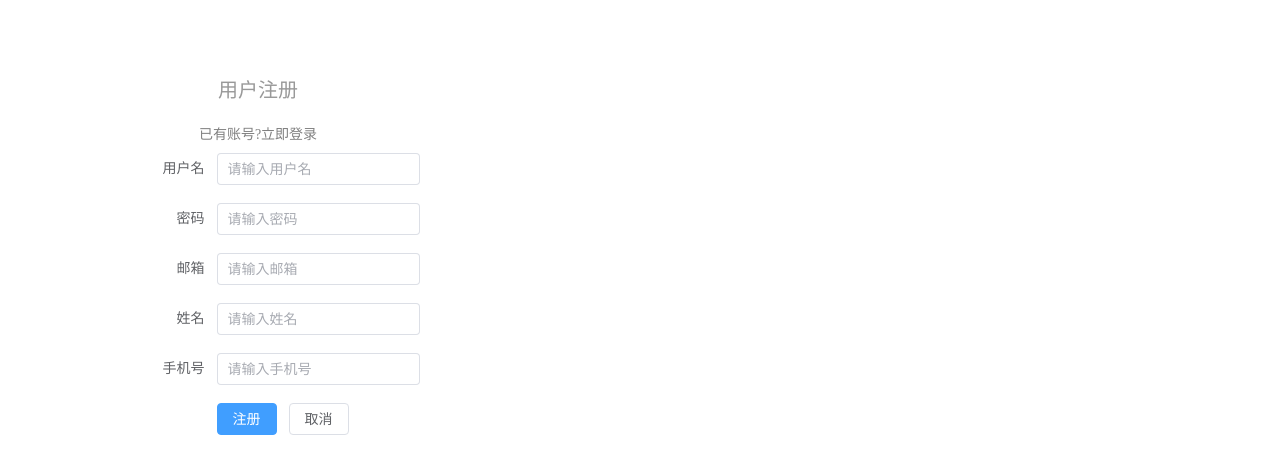
Repository: Mickey1216/yzkj_login_demo
Page: /
The author's editor kept a copy of each file at every save. The page is drawn from the files as they stood at one save, then again after the next save.
The browser window is 1280 px wide. The pictures show the whole page.
The project was rebuilt for these pictures with package versions that can differ from the ones it lists, and the page was loaded fresh each time. Also part of the build but not shown: vite.config.js.

Above is the page before, as saved 2023-07-04 16:08:51.

### src/main.js
import { createApp } from 'vue'
import App from './App.vue'
import router from './router'
import ElementPlus from 'element-plus'
import 'element-plus/dist/index.css'

const app = createApp(App)
app.use(router)
app.use(ElementPlus)
app.mount('#app')

### src/App.vue
<template>
  <div class="app">
    <routerView/>
  </div>
</template>

<script setup>

</script>

<style scoped>

</style>

### src/router/index.js
import { createRouter, createWebHistory } from 'vue-router'
import Register from '../views/Register.vue'

const router = createRouter({
  history: createWebHistory(import.meta.env.BASE_URL),
  routes: [
    {
      path: '/',
      redirect: '/register',
    },
    {
      path: '/register',
      name: 'register',
      component: Register
    },
    {
      path: '/login',
      name: 'login',
      component: () => import('../views/Login.vue')
    },
    {
      path: '/list',
      name: 'list',
      component: () => import('../views/List.vue')
    },
    {
      path: '/:pathMatch(.*)',
      meta: { title: "出错了！当前界面不存在" },
      component: () => import('../views/Error.vue')
    }
  ]
})

export default router

### src/views/Register.vue
<template>
  <div class="register">
    <div class="title">用户注册</div>
    <div class="is_existing_account">已有账号?立即登录</div>
    <el-form :model="form" label-width="120px">
      <el-form-item label="用户名">
        <el-input placeholder="请输入用户名" v-model="form.username" />
      </el-form-item>
      <el-form-item label="密码">
        <el-input placeholder="请输入密码" v-model="form.password" />
      </el-form-item>
      <el-form-item label="邮箱">
        <el-input placeholder="请输入邮箱" v-model="form.email" />
      </el-form-item>
      <el-form-item label="姓名">
        <el-input placeholder="请输入姓名" v-model="form.realName" />
      </el-form-item>
      <el-form-item label="手机号">
        <el-input placeholder="请输入手机号" v-model="form.phone" />
      </el-form-item>
      <el-form-item>
        <el-button type="primary" @click="onSubmit">注册</el-button>
        <el-button>取消</el-button>
      </el-form-item>
    </el-form>
  </div>
</template>

<script setup>
import { reactive } from "vue";
import request from '../api/request'

const form = reactive({
  username: "",
  password: "",
  email: "",
  realName: "",
  phone: "",
});

const onSubmit = () => {
  request('/user/register', "POST", {
    username: form.username,
    password: form.password,
    email: form.email,
    realName: form.realName,
    phone: form.phone
  })
};
</script>

<style scoped>
.register {
  margin: ;
  display: flex;
  flex-direction: column;
  justify-content: center;
  align-items: center;
  width: 500px;
  height: 500px;
}
.title {
  margin: 10px 0;
  display: flex;
  align-items: center;
  justify-content: center;
  font-size: 20px;
  color: #999;
}
.is_existing_account {
  font-size: 14px;
  color: gray;
  margin: 10px 5px;
  display: flex;
  justify-content: right;
}
</style>

### src/api/request.js
import axios from 'axios';
import qs from "qs"

export default function request(target, method = "GET", data = {}) {
  const instance = axios.create({
      // 基础路径，发请求的时候，路径当中会出现api
      baseURL: "/api",
      // 代表请求超时的时间5s
      // timeout: 5000
  })

  //请求拦截器：在发送请求之前，请求拦截器可以检测到，可以在请求发送出去前做一些事情
  instance.interceptors.request.use(config => { // config：配置对象，对象里面有一个属性很重要，headers请求头
      config.method = method;
      config.headers["Content-Type"] = (method === "POST" || method === "PUT" || method === "DELETE" || method === "PATCH" ?
          "application/x-www-form-urlencoded" : "application/json");
      config.data = qs.stringify(data);

      return config;
  })

  // 响应拦截器
  instance.interceptors.response.use(res => {
      return res.data;
  })

  return instance(target);
}

Loaded but not shown: index.html (common file)

After the next save:
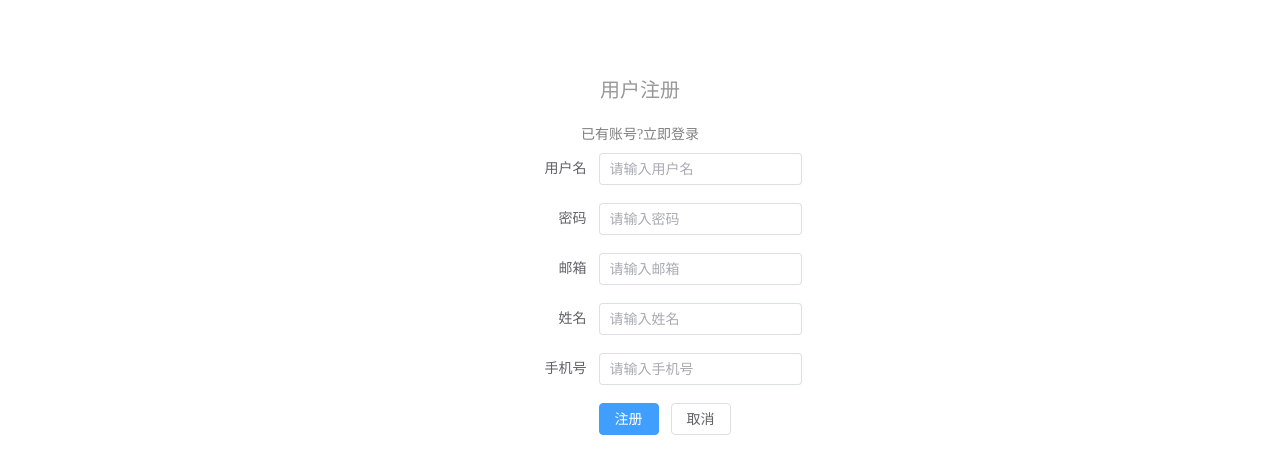
Saved 6 s later.
--- a/src/views/Register.vue
+++ b/src/views/Register.vue
@@ -51,7 +51,7 @@ const onSubmit = () => {
 
 <style scoped>
 .register {
-  margin: ;
+  margin: 0 auto;
   display: flex;
   flex-direction: column;
   justify-content: center;
